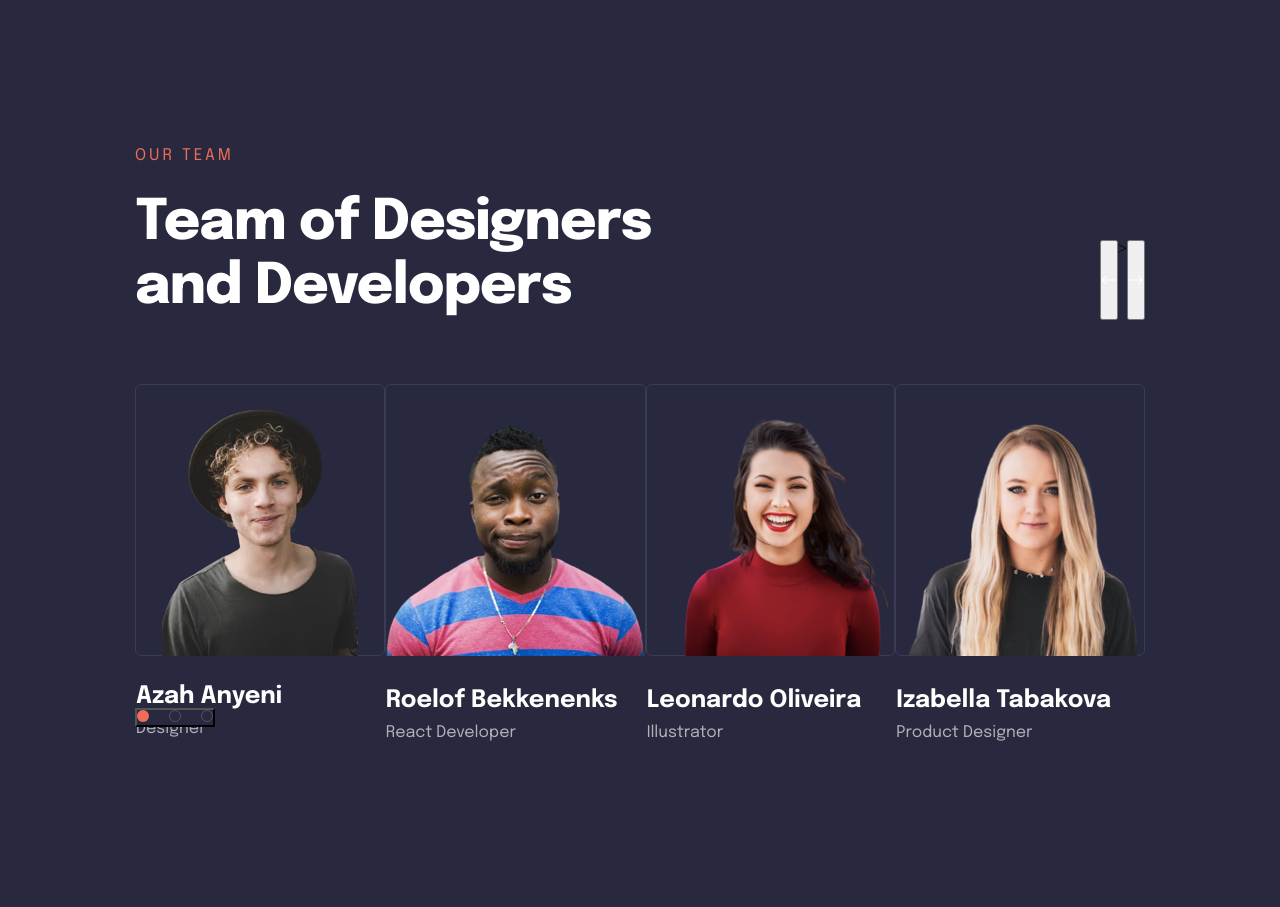
Repository: NatiqSamiyev/next-figma-project
Page: index.html
The author's editor kept a copy of each file at every save. The page is drawn from the files as they stood at one save, then again after the next save.
The browser window is 1280 px wide. The pictures show the whole page.

Above is the page before, as saved 2023-08-21 15:33:03.

### index.html
<!DOCTYPE html>
<html lang="en">
<head>
    <meta charset="UTF-8">
    <meta name="viewport" content="width=device-width, initial-scale=1.0">
    <title>Document</title>
    <link rel="stylesheet" href="index.css">
</head>
<body>

    <div class="container">
        <div class="top-container">

            <div class="left">
                <h1>Our Team</h1>
                <h2>
                    Team of Designers
                    and Developers
                </h2>

            </div>

            <div class="right">

                    <button class="btn-1">
                        <img src="./image/Path.png" alt="">
                    </button>


              >
                    <button class="btn-2">
                        <img src="./image/Path (1).png" alt="">
                    </button>


            </div>
        </div>


        <div class="image-box">
            <ul>
                <li class="first-child">
                    <img src="./image/Bitmap.svg" alt="">
                    <h3>Azah Anyeni</h3>
                    <p>Designer</p>
                </li>

                <li class="nth-child(2)">
                    <img src="./image/Bitmap (1).svg" alt="">
                    <h3>Roelof Bekkenenks</h3>
                    <p>React Developer</p>
                </li>

                <li class="nth-child(3)">
                    <img src="./image/Bitmap (2).svg" alt="">
                    <h3>Leonardo Oliveira</h3>
                    <p>Illustrator</p>
                </li>

                <li class="last-child">
                    <img src="./image/Bitmap (3).svg" alt="">
                    <h3>Izabella Tabakova</h3>
                    <p>Product Designer</p>
                </li>
            </ul>

        </div>

        <div class="bottom-container">
            <button>
                <img src="./image/pins.svg" alt="">
            </button>

        </div>


</body>
</html>

### index.css
@import url('https://fonts.googleapis.com/css2?family=Epilogue:wght@400;700;800&display=swap');
*{
    margin: 0;
    padding: 0;
    box-sizing: border-box;
}

.container{
    width: 100%;
    padding: 140px 135px 180px 135px;
    background-color: #28293E;

}

.top-container{
    display: flex;
    justify-content: space-between;

}

.left{
    width: 531px;
}

.left h1{
    color: var(--text-light-accent, #EF6D58);
    font-feature-settings: 'clig' off, 'liga' off;
    font-family: Epilogue;
    font-size: 16px;
    font-style: normal;
    font-weight: 400;
    line-height: 32px;
    letter-spacing: 3px;
    text-transform: uppercase;

}

.left h2{
    color: var(--text-light, #FFF);
    font-feature-settings: 'clig' off, 'liga' off;
    font-family: Epilogue;
    font-size: 56px;
    font-style: normal;
    font-weight: 800;
    line-height: 64px;
    letter-spacing: -1px;
    margin-top: 20px;

}

.right{
    display: flex;
    margin-top: 100px;
}

.right .box-1{
    margin-right: 16px;


}

.right .box-1 button{
    border-radius: 25px;
    width: 48px;
    height: 48px;
    background-color: #28293E;
}


.right.box-1 img{
    width: 14.001px;
    height: 9.001px;
    fill: #FFF;
}



.right .box-2 button{
    border-radius: 25px;
    width: 48px;
    height: 48px;
    background-color: #28293E;
}

.right .box-2 img{
    width: 14.001px;
    height: 9.001px;
    fill: #FFF;
}

.image-box{
    width: 100%;
    margin-top: 64px;
}

.image-box ul{
    display: flex;
    justify-content: space-between;
}

.image-box ul li{
    list-style-type: none;
    width: 270px;
    height: 272px;
    border-radius: 6px;
    border: 1px solid #3A3C56;
}

li:first-child img {
    width: 196px;
    height: 247px;
    display: flex;
    margin: auto;
    margin-top: 24px;
}

li:nth-child(2) img{
    width: 259px;
    height: 232px;
    margin-top: 39px;
}

li:nth-child(3) img{
    width: 205px;
    height: 238px;
    margin-left: 37px;
    margin-top: 33px;
}

.last-child img{
    width: 230px;
    height: 233px;
    margin-top: 38px;
    margin-left: 12px;
}


.image-box ul li h3{
    margin-top: 25px;
    color: var(--text-light, #FFF);
    font-feature-settings: 'clig' off, 'liga' off;
    font-family: Epilogue;
    font-size: 24px;
    font-style: normal;
    font-weight: 700;
    line-height: 32px;
}

.image-box ul li p{
    color: var(--text-light-gray, rgba(255, 255, 255, 0.64));
    font-feature-settings: 'clig' off, 'liga' off;
    font-family: Epilogue;
    font-size: 16px;
    font-style: normal;
    font-weight: 400;
    line-height: 32px;
}

.bottom-container{
    margin-top: 52px;


}

.bottom-container button{

    background: #28293E;




}

.bottom-container button img{
    width: 76px;
    height: 12px;



}

After the next save:
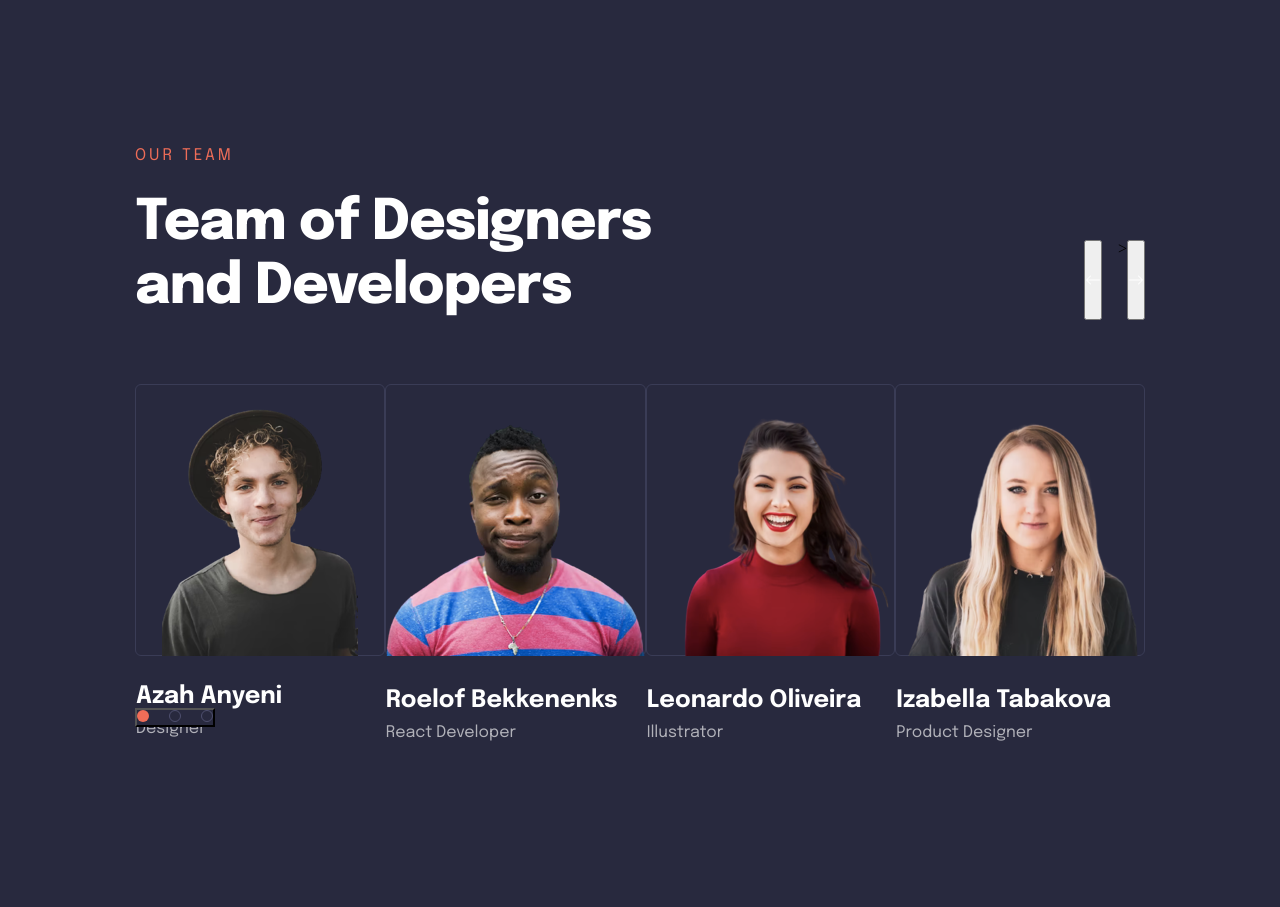
Saved 5 s later.
--- a/index.css
+++ b/index.css
@@ -53,7 +53,7 @@
     margin-top: 100px;
 }
 
-.right .box-1{
+.right .btn-1{
     margin-right: 16px;
 
 
